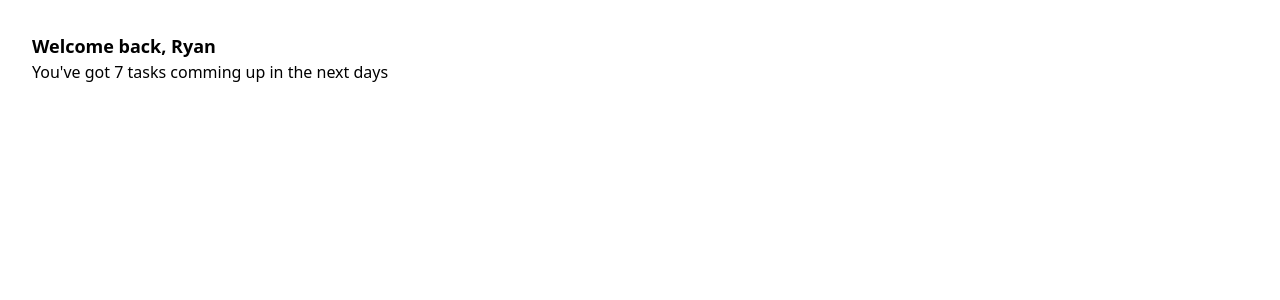
Repository: daohuyhoang9119/TodoApp
Page: /
An editor plug-in stored every save of this project. The page is shown before and after the next save, followed by the edit.
The browser window is 1280 px wide. The pictures show the whole page.
The project was rebuilt for these pictures with package versions that can differ from the ones it lists, and the page was loaded fresh each time. Also part of the build but not shown: vite.config.ts, src/App.css.

Above is the page before, as saved 2023-02-20 15:41:49.

After the next save:
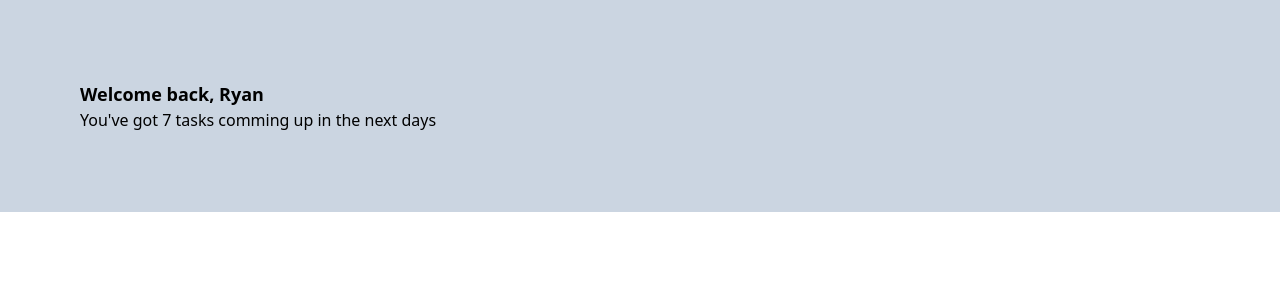
Saved 57 s later.
--- a/src/App.tsx
+++ b/src/App.tsx
@@ -4,7 +4,7 @@ import Header from "./components/Header/Header";
 
 function App() {
   return (
-    <div className="w-full p-8">
+    <div className="w-full p-20 bg-slate-300">
       <Header />
     </div>
   );
